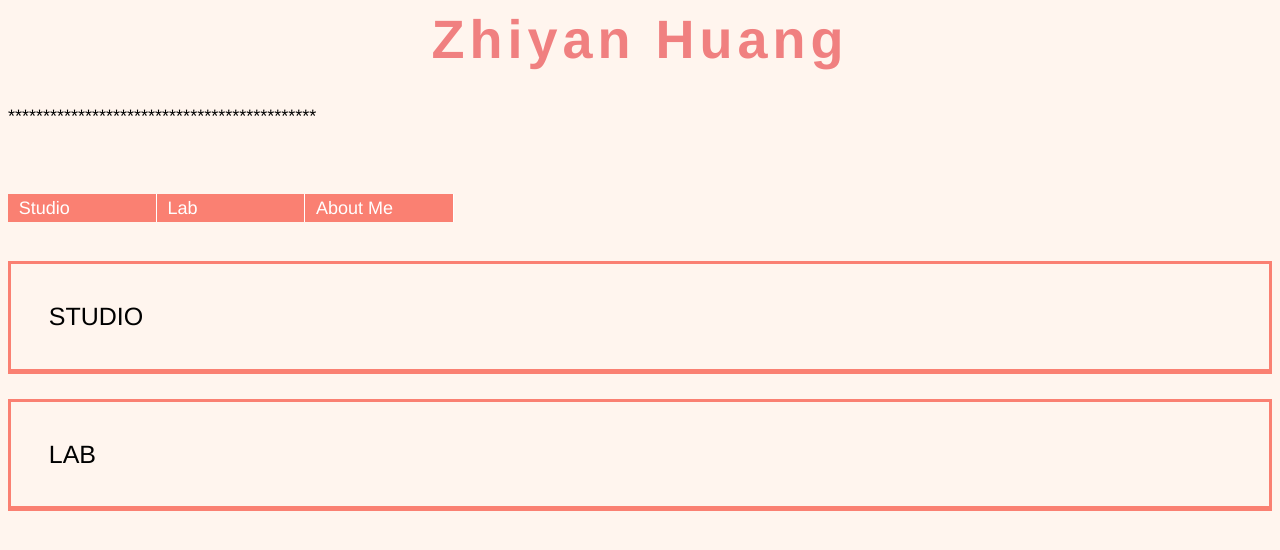
Repository: huanz488/huanz488-github.io
Page: index.html
The author's editor kept a record of every edit. The page is drawn from the files as they stood at one moment, then again after the next edit.
The browser window is 1280 px wide. The pictures show the whole page.

Above is the page before.

### index.html
<html>

    <title>Zhiyan Huang</title>


    <body>
    <h1><center>Zhiyan Huang</center></h1>
    <P>********************************************</P><br>
    <marquee direction=right><font size=5>Welcome to my page.</font></font></marquee><br>

    </body>

<style>
    color:#F08080;

</style>

<style type="text/css">
ul
{
float:left;
width:100%;
padding:0;
margin:0;
list-style-type:none;
}
a
{
float:left;
width:7em;
text-decoration:none;
color:white;
background-color:#FA8072;
padding:0.2em 0.6em;
border-right:1px solid white;
}
a:hover {background-color:#ff3300}
li {display:inline}
</style>

</head>

<body>
<ul>
<li><a href="#">Studio</a></li>
<li><a href="#">Lab</a></li>
<li><a href="#">About Me</a></li>
</ul>

</style>

<style>

      body { font-size:18px;font-family:Helvetica;}
      body {background-color: #FFF5EE}
      h1 {letter-spacing: 5px; font-size: 300%; color:#F08080;}

</style>

<style type="text/css">

p.solid {border-style: solid; border-color: #FA8072; font-size:25px; center border-top-width:5px; border-bottom-width:5px; padding:1cm;}
p.solid2 {border-style: solid; border-color: #FA8072; font-size:25px; center border-top-width:5px; border-bottom-width:5px; padding:1cm;}
</style>

<body>
<br><br><p class="solid">STUDIO</p>

<p class="solid2">LAB</p>

</body>

After the next edit:
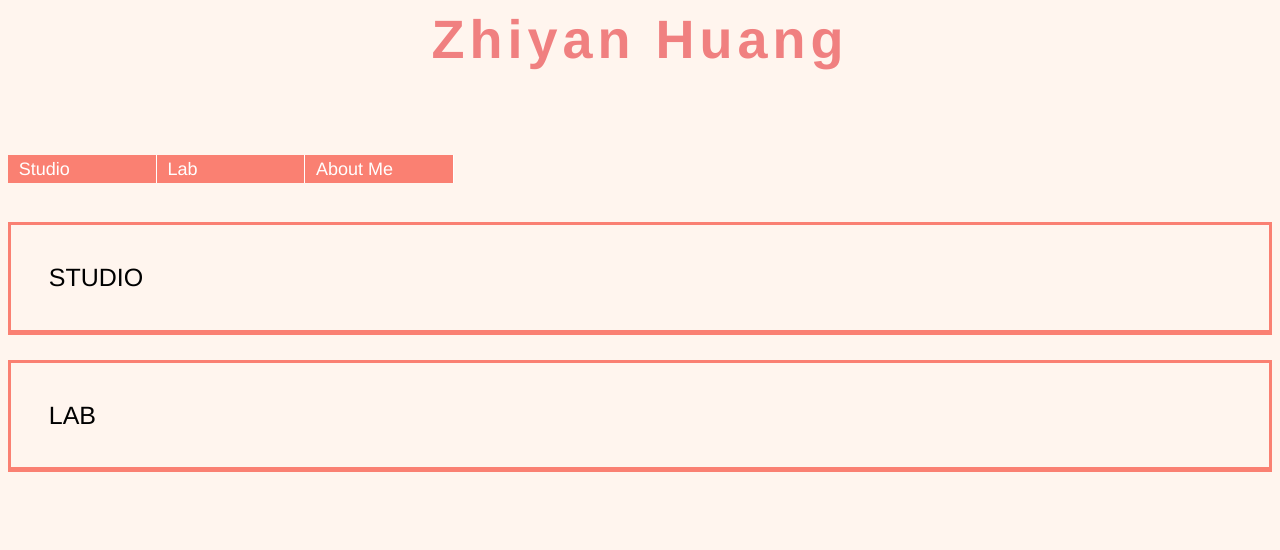
The edit:
--- a/index.html
+++ b/index.html
@@ -5,8 +5,9 @@
 
     <body>
     <h1><center>Zhiyan Huang</center></h1>
-    <P>********************************************</P><br>
+
     <marquee direction=right><font size=5>Welcome to my page.</font></font></marquee><br>
+    <br>
 
     </body>
 
